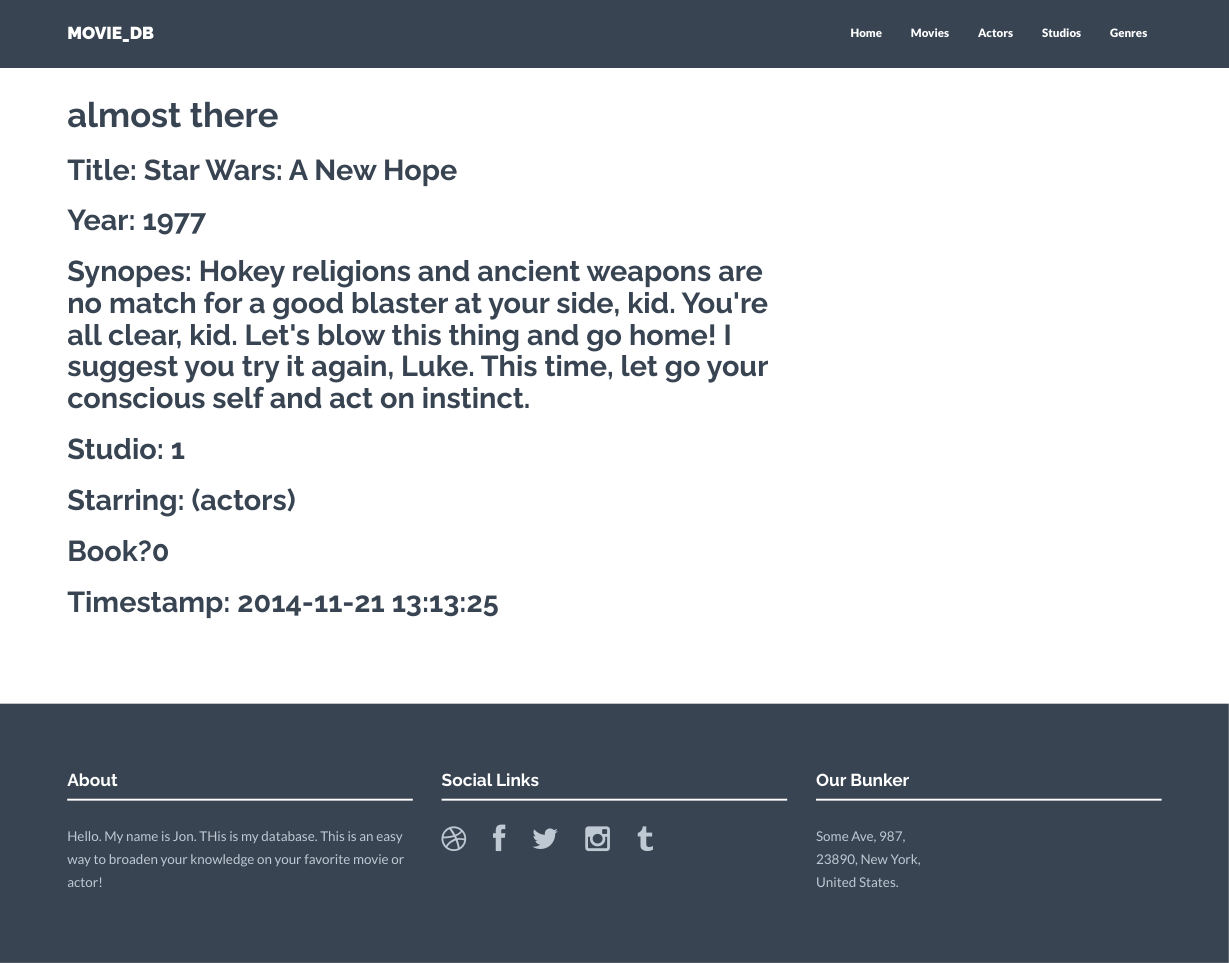
Repository: jonak91/Buzzerd-index
Page: http://localhost/movie.php?mID=1
The author's editor kept a record of every edit. The page is drawn from the files as they stood at one moment, then again after the next edit.
The browser window is 1280 px wide. The pictures show the whole page, at 96% of full size.
Some web libraries are served in a nearby version. The page is run by PHP 8.4 with error messages shown; the project is at /var/www/html/. The database holds what the project's SQL file puts in it.

Above is the page before.
Not found: assets/js/modernizr.js

After the next edit:
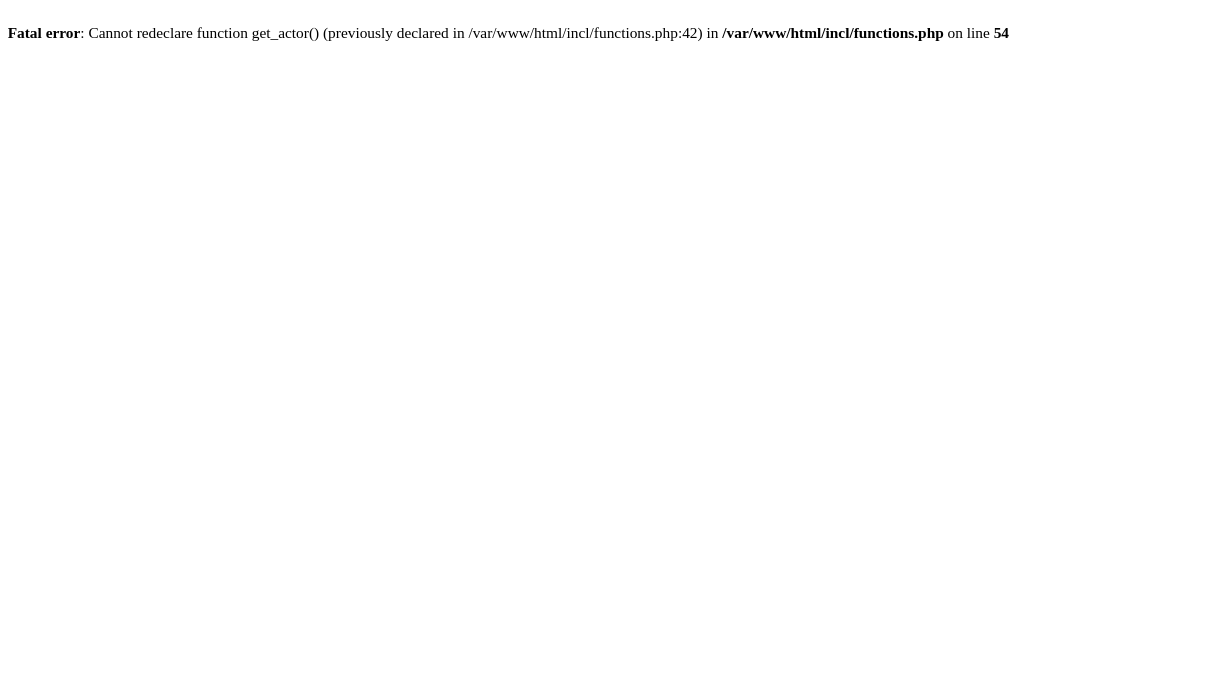
The edit:
--- a/incl/functions.php
+++ b/incl/functions.php
@@ -34,6 +34,12 @@
 }
 
 function get_movie($mID){
+	$db= $GLOBALS['db'];
+	$query= "SELECT * FROM movies WHERE mID = '$mID'"; //updated
+	return $db->get_row($query);
+}
+
+function get_actor($aID){
 	$db= $GLOBALS['db'];
 	$query= "SELECT * FROM movies WHERE mID = '$mID'"; //updated
 	return $db->get_row($query);
